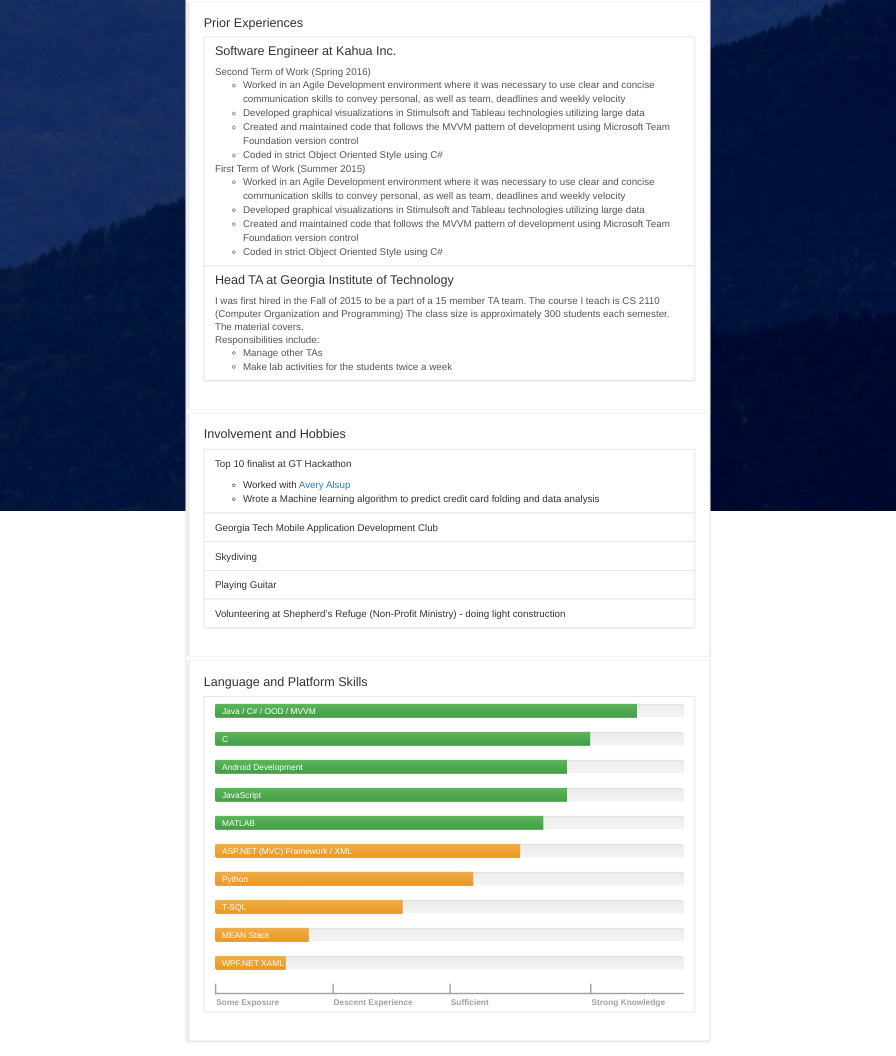
Repository: austinHerring/PersonalWebsite
Page: PersonalWebsite/WebContent/about.html
These files come from the project's save history. The page is drawn as it stood at one moment and after the next save; the edit follows.
The browser window is 1280 px wide. The pictures show the part of the page from y = 925 to 2845 px (the page is 2434 px tall before and 2845 px after), at 70% of full size.
Some web libraries are served in a nearby version.

Above is the page before, as saved 2016-06-13 01:02:04.

After the next save:
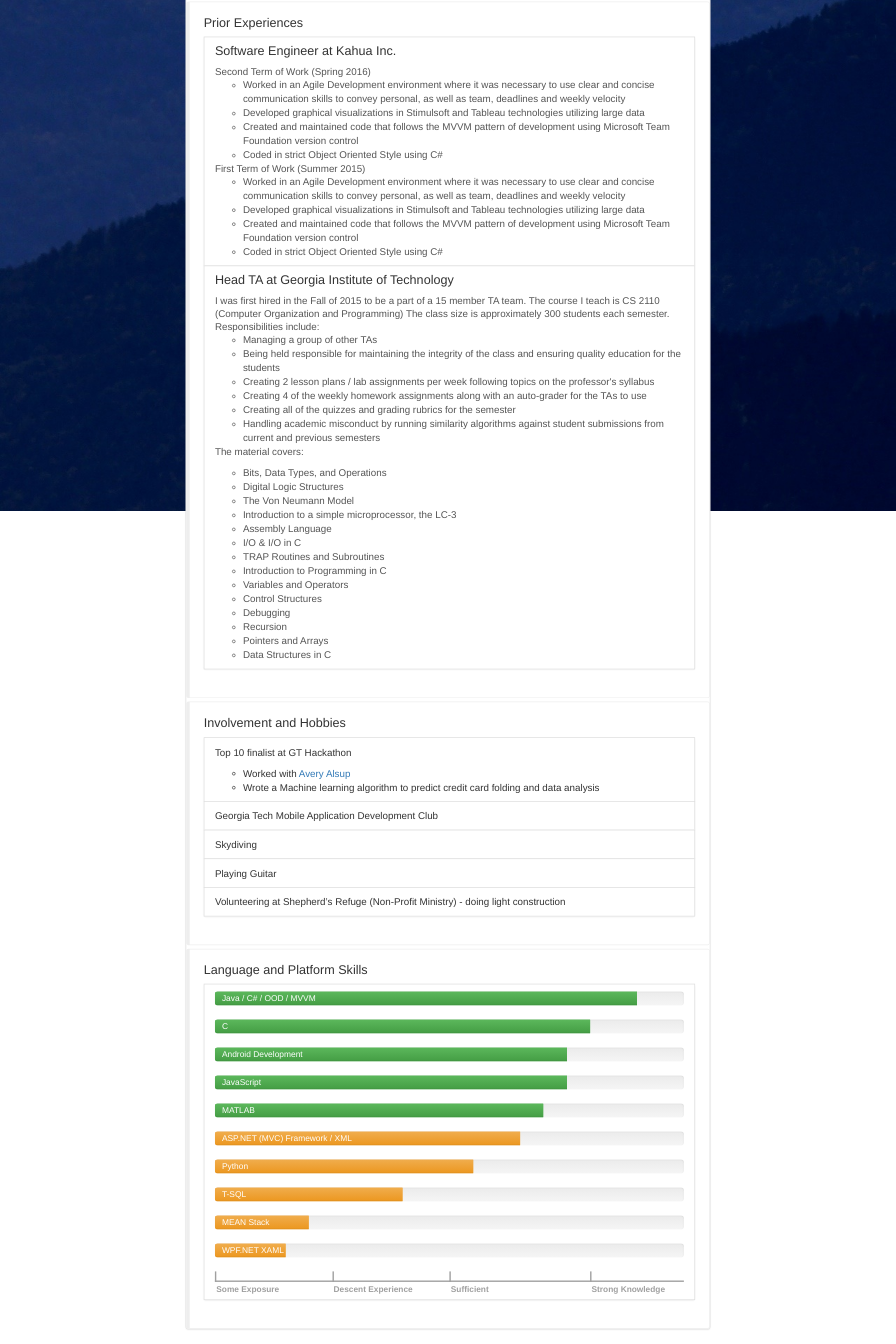
Saved 82 min 47 s later.
--- a/PersonalWebsite/WebContent/about.html
+++ b/PersonalWebsite/WebContent/about.html
@@ -141,16 +141,73 @@
 		            <h4 class="list-group-item-heading">Head TA at Georgia Institute of Technology</h4>
 		            <p class="list-group-item-text">
 			             	I was first hired in the Fall of 2015 to be a part of a 15 member TA team. The course I teach is CS 2110 (Computer Organization and Programming)
-			             The class size is approximately 300 students each semester. The material covers.<br/>
+			             The class size is approximately 300 students each semester.<br/>
 			             Responsibilities include:
 		             </p>
 		             <ul>
 		                <li>
-		                     Manage other TAs
-		                </li>
-		                <li>
-				             Make lab activities for the students twice a week
-		                </li>
+		                     Managing a group of other TAs
+		                </li>
+		                <li>
+				             Being held responsible for maintaining the integrity of the class and ensuring quality education for the students
+		                </li>
+		                <li>
+				             Creating 2 lesson plans / lab assignments per week following topics on the professor's syllabus
+		                </li>
+		                <li>
+				             Creating 4 of the weekly homework assignments along with an auto-grader for the TAs to use
+		                </li>
+		                <li>
+				             Creating all of the quizzes and grading rubrics for the semester
+		                </li>
+		                <li>
+				             Handling academic misconduct by running similarity algorithms against student submissions from current and previous semesters
+		                </li>
+	                </ul>
+	                <p>The material covers:</p>
+	                <ul>
+	                	<li>
+	                		Bits, Data Types, and Operations
+	                	</li>
+	                	<li>
+	                		Digital Logic Structures
+	                	</li>
+	                	<li>
+	                		The Von Neumann Model
+	                	</li>
+	                	<li>
+	                		Introduction to a simple microprocessor, the LC-3
+	                	</li>
+	                	<li>
+	                		Assembly Language
+	                	</li>
+	                	<li>
+	                		I/O & I/O in C
+	                	</li>
+	                	<li>
+	                		TRAP Routines and Subroutines
+	                	</li>
+	                	<li>
+	                		Introduction to Programming in C
+	                	</li>
+	                	<li>
+	                		Variables and Operators
+	                	</li>
+	                	<li>
+	                		Control Structures
+	                	</li>
+	                	<li>
+	                		Debugging
+	                	</li>
+	                	<li>
+	                		Recursion
+	                	</li>
+	                	<li>
+	                		Pointers and Arrays
+	                	</li>
+	                	<li>
+	                		Data Structures in C
+	                	</li>
 	                </ul>
 		          </a>
 		        </ul>
